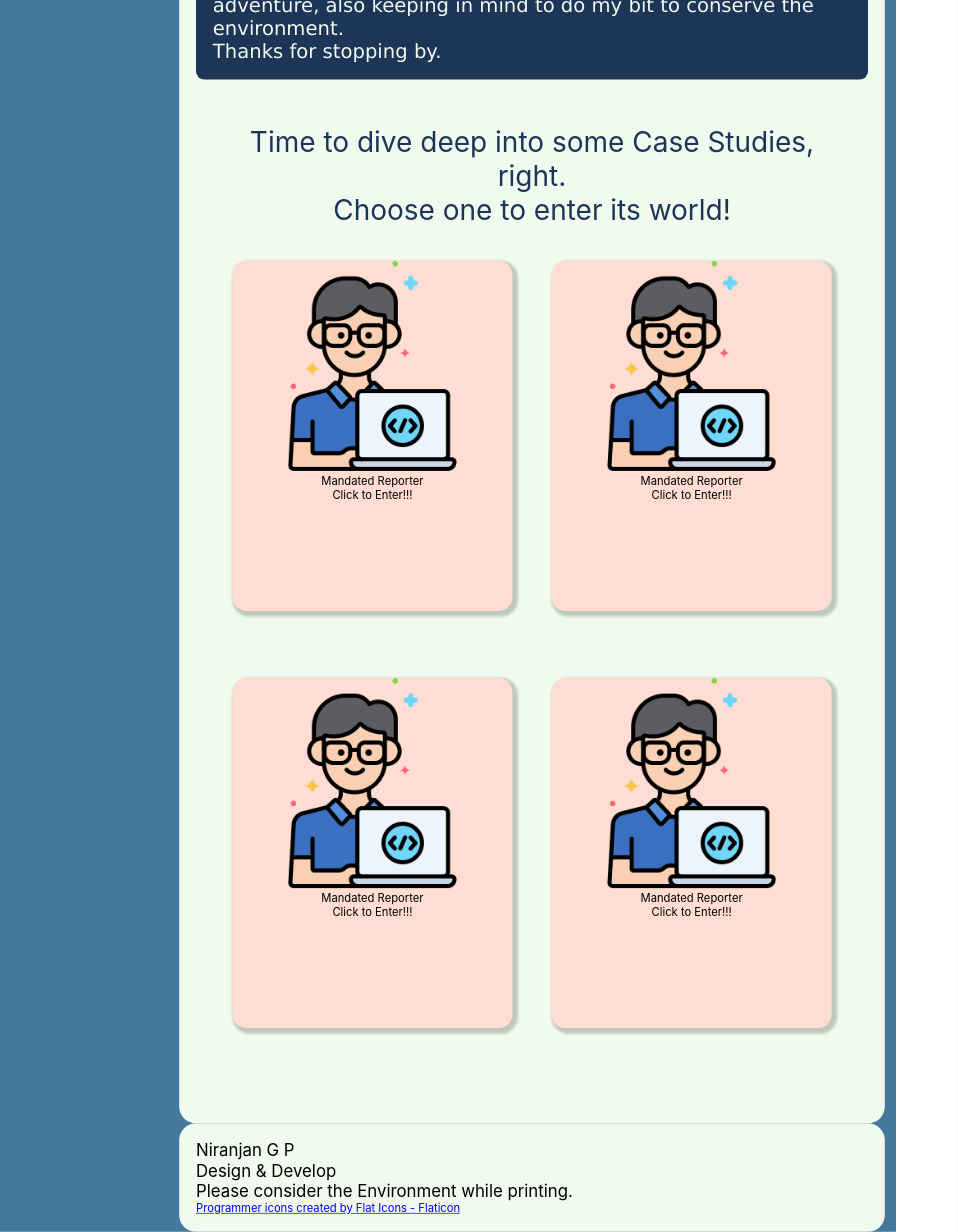
Repository: niranjangp/portfolioReact
Page: /
An editor plug-in stored every save of this project. The page is shown before and after the next save, followed by the edit.
The browser window is 1280 px wide. The page is 1368 px wide, so the pictures cover 1368 px, including what lies to the right of the window. The pictures show the part of the page from y = 974 to 2734 px (the page is 2734 px tall), at 70% of full size.
The project was rebuilt for these pictures with package versions that can differ from the ones it lists, and the page was loaded fresh each time. Also part of the build but not shown: src/pages/csOne.jsx, src/pages/notFound.jsx.

Above is the page before, as saved 2022-01-31 23:40:37.

### public/index.html
<!DOCTYPE html>
<html lang="en">
  <head>
    <meta charset="utf-8" />
    <!--<link rel="icon" href="%PUBLIC_URL%/favicon.ico" />-->
    <meta name="viewport" content="width=device-width, initial-scale=1" />
    <meta name="theme-color" content="#000000" />
    <meta
      name="description"
      content="Web site created using create-react-app"
    />
    <!--<link rel="apple-touch-icon" href="%PUBLIC_URL%/logo192.png" />-->
    <!--
      manifest.json provides metadata used when your web app is installed on a
      user's mobile device or desktop. See https://developers.google.com/web/fundamentals/web-app-manifest/
    -->
    <link rel="manifest" href="%PUBLIC_URL%/manifest.json" />
    <!--
      Notice the use of %PUBLIC_URL% in the tags above.
      It will be replaced with the URL of the `public` folder during the build.
      Only files inside the `public` folder can be referenced from the HTML.

      Unlike "/favicon.ico" or "favicon.ico", "%PUBLIC_URL%/favicon.ico" will
      work correctly both with client-side routing and a non-root public URL.
      Learn how to configure a non-root public URL by running `npm run build`.
    -->
    <title>Portfolio</title>
  </head>
  <body>
    <noscript>You need to enable JavaScript to run this app.</noscript>
    <div id="root"></div>
    <!--
      This HTML file is a template.
      If you open it directly in the browser, you will see an empty page.

      You can add webfonts, meta tags, or analytics to this file.
      The build step will place the bundled scripts into the <body> tag.

      To begin the development, run `npm start` or `yarn start`.
      To create a production bundle, use `npm run build` or `yarn build`.
    -->
  </body>
</html>

### src/index.css
body {
  margin: 0;
  font-family: -apple-system, BlinkMacSystemFont, 'Segoe UI', 'Roboto', 'Oxygen',
    'Ubuntu', 'Cantarell', 'Fira Sans', 'Droid Sans', 'Helvetica Neue',
    sans-serif;
  -webkit-font-smoothing: antialiased;
  -moz-osx-font-smoothing: grayscale;
  box-sizing: border-box;
}

code {
  font-family: source-code-pro, Menlo, Monaco, Consolas, 'Courier New',
    monospace;
}

p {
  margin: 0;
}

### src/App.js
import './App.css';

import { Route, NavLink, Switch, Redirect } from 'react-router-dom';
import EnterTheDesign from './pages/enterDesign';
import CSOne from './pages/csOne';
import NotFound from './pages/notFound';

function App() {
  const flatIconLink = "https://www.flaticon.com/free-icons/programmer";


  return (
    <div className='App'>
      <div className="containerOne">
        <nav className='navigation'>
          <div>
            <NavLink activeClassName="link-sel" to="/cs-one">1. Case Study</NavLink>
          </div>
          <div>
            <NavLink activeClassName="link-sel" to="/cs-two">Case t'w'o Study</NavLink>
          </div>
          <div>
            <NavLink activeClassName="link-sel" to="/cs-three">Case Study the third</NavLink>
          </div>
          <div>
            <NavLink activeClassName="link-sel" to="/cs-three">Case Study IV</NavLink>
          </div>


        </nav>
        <main className='mainOne'>
          <Switch>
            <Route exact path="/" ><Redirect to="/enter-the-design" /></Route>
            <Route path="/enter-the-design" ><EnterTheDesign /></Route>
            <Route exact path="/cs-one" ><CSOne /></Route>

            <Route path="*"><NotFound /></Route>
          </Switch>
          {/*<div className='firstRow'>
            <div className="width-60">
              <p className='fr-info'>NIRANJAN G P, IS A UI DEVELOPER AT DELOITTE USI</p>
            </div>
            <div className="width-40 img-block">
              <img src={avatarIcon} alt="avatar-icon" className='avtr-img' />
            </div>
          </div>
          <div className='sec-row'>
            <p>Hi, this is Niranjan.</p>
            <p>I Joined Deloitte USI as a campus recruit. Since then I've been part of many innovative and high-intensity projects, coordinating between multiple virtual teams to help complete client deliverables.</p>
            <p>I've been part of the FRONT-END community since 2017 and constantly learning and developing UI and gradually having a go at UX design parallely.</p>
            <p>Currently based in Bengaluru, I have a big love for travel and adventure, also keeping in mind to do my bit to conserve the environment.</p>
            <p>Thanks for stopping by.</p>
          </div>*/}

        </main>
        <footer>
          <div className='footer-info'>
            <p>Niranjan G P</p>
            <p>Design & Develop</p>
            <p>Please consider the Environment while printing.</p>
          </div>
          <div>
            <a href={flatIconLink} title="programmer icons">Programmer icons created by Flat Icons - Flaticon</a>
            {/*<a target="_blank" rel="noopener noreferrer" href={avatarLink}>Avatar</a> icon by <a target="_blank" rel="noopener noreferrer" href={icon8link}>Icons8</a>*/}
          </div>
        </footer>
      </div>

    </div>
  );
}

export default App;

### src/App.css
.containerOne {
  background-color: #45789d;
}

.mainOne {
  width: 75%;
  margin-left: 20%;
  background-color: #F1FAEE;
  height: 100%;
  border-radius: 1.5rem;
  padding:24px;
}

.fr-info {
  font-size: 3rem;
  font-family:'Gill Sans', 'Gill Sans MT', Calibri, 'Trebuchet MS', sans-serif;
  padding: 24px;
  color: #1d3557;
}

.firstRow {
  display: flex;
  align-items: center;
  margin-bottom: 1.5rem;
}

.width-60 {
  width: 60%;
}

.width-40 {
  width: 40%;
}

.fullWidth {
  width: 100%;
}

.img-block {
  text-align: center;
}

.sec-row {
  background-color: #1d3557;
  color: #f1faee;
  border-radius: 0.75rem;
  padding: 24px;
  font-family: 'Lucida Sans', 'Lucida Sans Regular', 'Lucida Grande', 'Lucida Sans Unicode', Geneva, Verdana, sans-serif;
  font-size: 28px;
}

.centered {
  margin: 3rem auto;
  text-align: center;
  display: flex;
  justify-content: center;
  align-items: center;
}

.linkSel {
  text-decoration: underline;
  font-weight: bold;
}

.third-row {
  display: flex;
  flex-wrap: wrap;
  padding: 64px 24px;
}

.card-box {
  width: 50%;
  text-align: center;
}

.card {
  width: 400px;
  height: 500px;
  background-color: #ffddd2;
  border-radius: 20px;
  box-shadow: 4px 4px 4px 4px rgba(0, 0, 0, 0.2);
  margin: 3rem auto;
  flex-grow: 1;
  flex-shrink: 1;
  transition: width 500ms ease 0s;
}

.card:hover {
  box-shadow: 4px 4px 4px 8px rgba(0, 0, 0, 0.2);
  width: 420px;
  height: 520px;
}

.card-icon {
  width: 300px;
}

.intro-cs {
  text-align: center;
  font-size: 40px;
  color: #1d3557;
}

footer {
  width: 75%;
  margin-left: 20%;
  background-color: #F1FAEE;
  height: 100%;
  border-radius: 1.5rem;
  padding:24px;
}
.footer-info {
  font-size: 1.5rem;
}

/*.containerOne {
  background-color: #F1FAEE;
}
.mainOne {
  background-color: #a8dadc;
  width: 75%;
  margin-left: 20%;
  /-*background-color: #45789d;*-/
  height: 660px;
}

.p1 {
  color: #1d3557;
}
.p2 {
  color: #f1faee;
}*/

/*.App-logo {
  height: 40vmin;
  pointer-events: none;
}

@media (prefers-reduced-motion: no-preference) {
  .App-logo {
    animation: App-logo-spin infinite 20s linear;
  }
}

.App-header {
  background-color: #282c34;
  min-height: 100vh;
  display: flex;
  flex-direction: column;
  align-items: center;
  justify-content: center;
  font-size: calc(10px + 2vmin);
  color: white;
}

.App-link {
  color: #61dafb;
}*/

@keyframes App-logo-spin {
  from {
    transform: rotate(0deg);
  }
  to {
    transform: rotate(360deg);
  }
}

### src/pages/enterDesign.jsx
import React from 'react';
import Icons from '../assets/programmer.png';

const enterDesign = () => {
    const avatarIcon = Icons;

    const navtoCardDet = () => {
        try {
            console.log('inside card det func');
        } catch (e) {
            console.log('Error in navToCardDet', e.stack());
        }
    }

    return (
        <React.Fragment>
            <div className='firstRow'>
                <div className="width-60">
                    <p className='fr-info'>NIRANJAN G P, IS A UI DEVELOPER AT DELOITTE USI</p>
                </div>
                <div className="width-40 img-block">
                    <img src={avatarIcon} alt="avatar-icon" className='avtr-img' />
                </div>
            </div>
            <div className='sec-row'>
                <p>Hi, this is Niranjan.</p>
                <p>I Joined Deloitte USI as a campus recruit. Since then I've been part of many innovative and high-intensity projects, coordinating between multiple virtual teams to help complete client deliverables.</p>
                <p>I've been part of the FRONT-END community since 2017 and constantly learning and developing UI and gradually having a go at UX design parallely.</p>
                <p>Currently based in Bengaluru, I have a big love for travel and adventure, also keeping in mind to do my bit to conserve the environment.</p>
                <p>Thanks for stopping by.</p>
            </div>
            <div className='third-row'>
                <div className='fullWidth intro-cs'>
                    <p>Time to dive deep into some Case Studies, right.</p>
                    <p>Choose one to enter its world!</p>
                </div>
                <div className='card-box'>
                    <div className="card" onClick={navtoCardDet} id="">
                        <img src={avatarIcon} alt="card-icon" className='card-icon' />
                        <p>Mandated Reporter</p>
                        <p>Click to Enter!!!</p>
                    </div>
                </div>
                <div className='card-box'>
                    <div className="card" onClick={navtoCardDet}>
                        <img src={avatarIcon} alt="card-icon" className='card-icon' />
                        <p>Mandated Reporter</p>
                        <p>Click to Enter!!!</p>
                    </div>
                </div>
                <div className='card-box'>
                    <div className="card" onClick={navtoCardDet}>
                        <img src={avatarIcon} alt="card-icon" className='card-icon' />
                        <p>Mandated Reporter</p>
                        <p>Click to Enter!!!</p>
                    </div>
                </div>
                <div className='card-box'>
                    <div className="card" onClick={navtoCardDet}>
                        <img src={avatarIcon} alt="card-icon" className='card-icon' />
                        <p>Mandated Reporter</p>
                        <p>Click to Enter!!!</p>
                    </div>
                </div>
            </div>
        </React.Fragment>
    )
};

export default enterDesign;

Loaded but not shown: src/index.js (common file); src/reportWebVitals.js (common file)

After the next save:
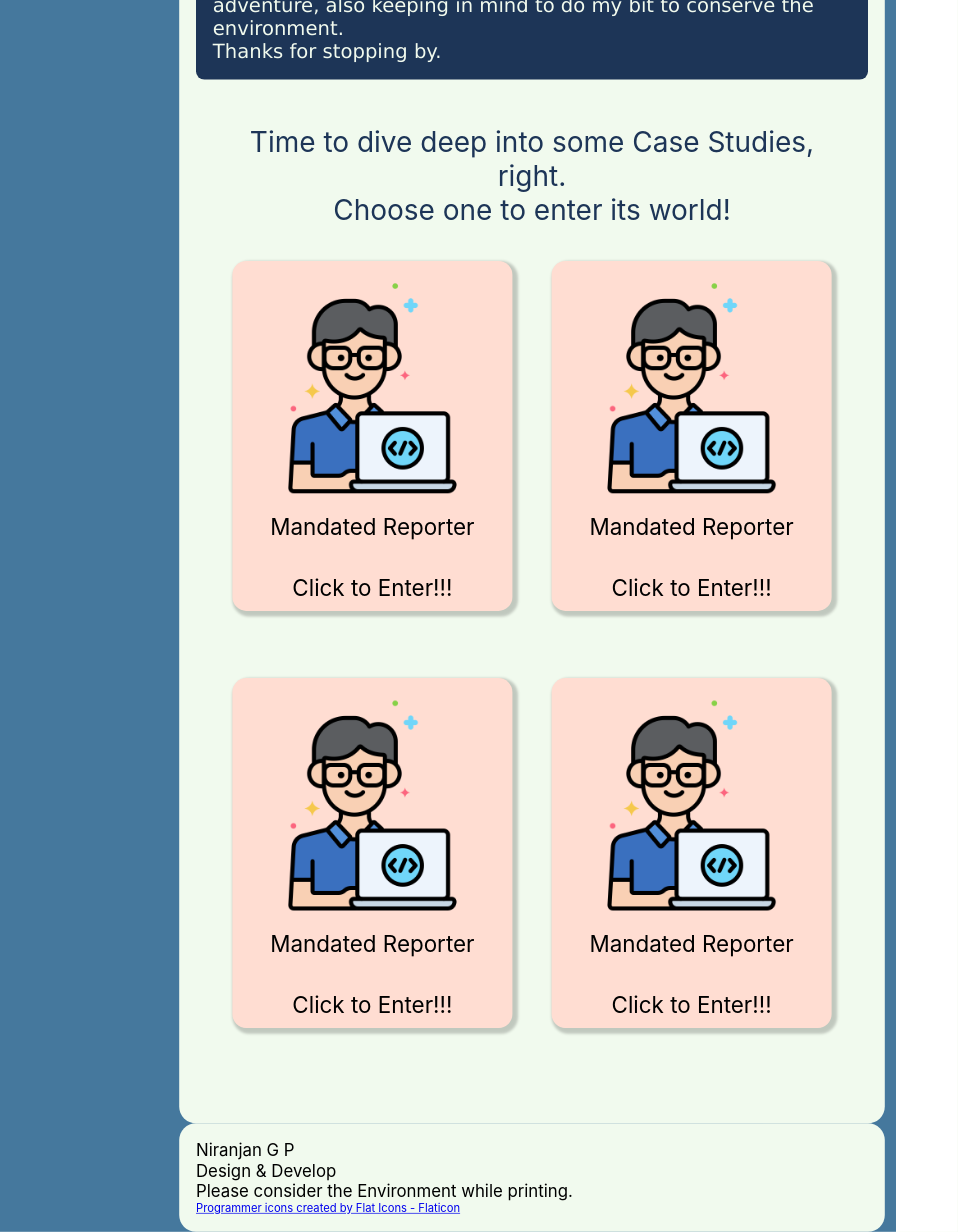
Saved 23 min 4 s later.
--- a/src/App.css
+++ b/src/App.css
@@ -91,8 +91,14 @@
   height: 520px;
 }
 
+.card p {
+  font-size: 32px;
+  padding: 24px;
+}
+
 .card-icon {
   width: 300px;
+  margin-top: 32px;
 }
 
 .intro-cs {
